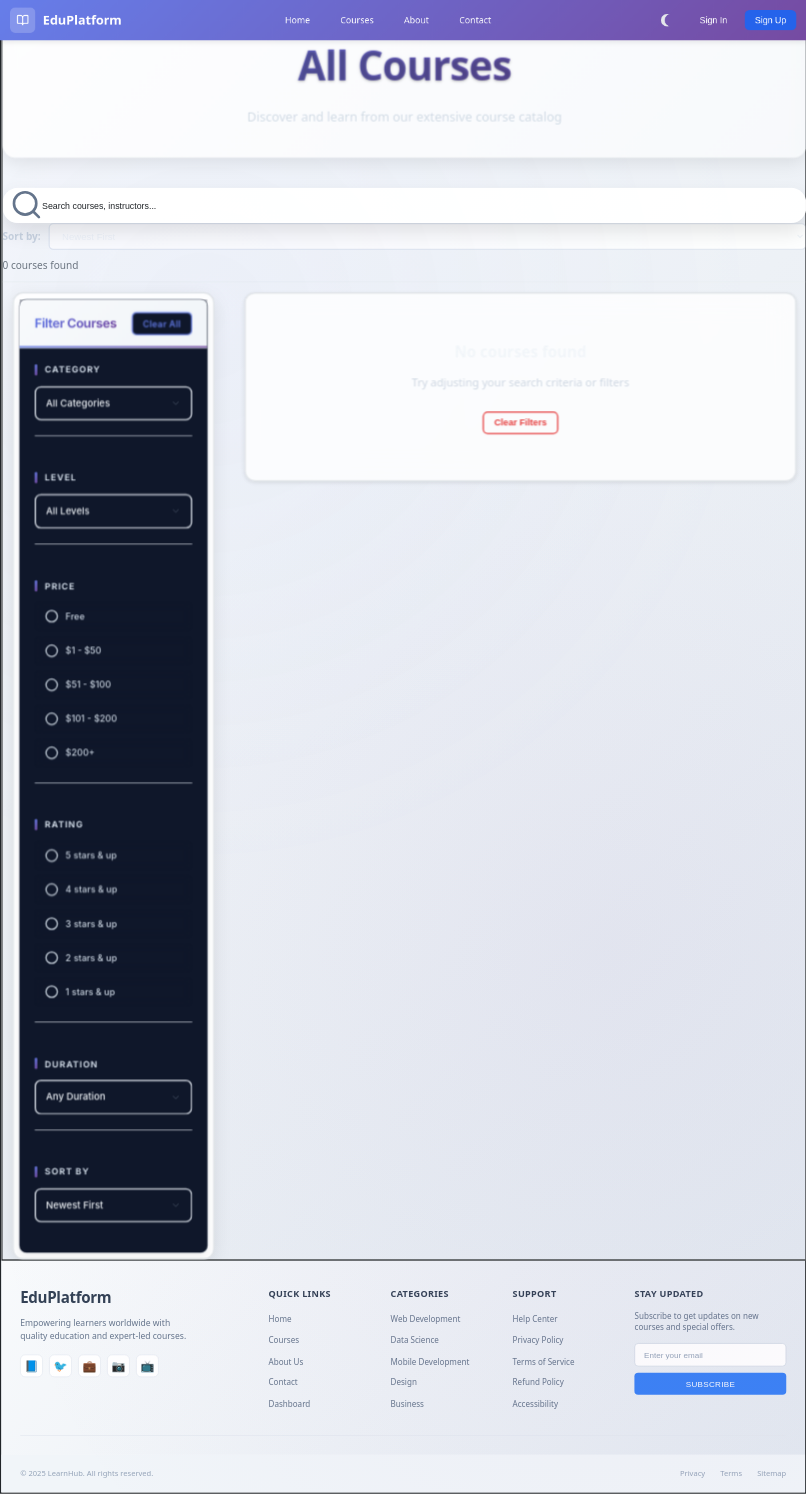
Repository: usama2132/E-Learning
Page: /#/courses (app in client/)
An editor plug-in stored every save of this project. The page is shown before and after the next save, followed by the edit.
The browser window is 1280 px wide. The pictures show the whole page, at 63% of full size.
The page's requests for data from a server got no answer. The project was rebuilt for these pictures with package versions that can differ from the ones it lists, and the page was loaded fresh each time. No one was signed in, and anything a server would have sent is missing. Also part of the build but not shown: client/craco.config.js, client/src/components/common/Sidebar.js, client/src/layouts/DashboardLayout.js, client/src/styles/components/Loading.css, client/src/components/common/Loading.js, client/src/components/common/ProtectedRoute.js, client/src/styles/components/ErrorBoundary.css, client/src/components/common/ErrorBoundary.js and 95 more.

Above is the page before, as saved 2025-09-01 06:21:50.

### client/src/pages/Courses.js
import React, { useState, useEffect, useCallback, useRef } from 'react';
import { useCourse } from '../context/CourseContext';
import { useAuth } from '../hooks/useAuth';
import { useTheme } from '../context/ThemeContext';
import CourseCard from '../components/student/CourseCard';
import CourseFilters from '../components/common/CourseFilters';
import Pagination from '../components/common/Pagination';
import Loading from '../components/common/Loading';
import '../styles/pages/Courses.css';

const Courses = () => {
  const { user } = useAuth();
  const {
    courses,
    pagination,
    categories,
    isLoading,
    error,
    fetchCourses,
    fetchCategories,
    clearError
  } = useCourse();

  const { isDarkMode, actualTheme } = useTheme();

  const [filters, setFilters] = useState({
    category: '',
    level: '',
    rating: '',
    priceRange: { min: 0, max: 1000 },
    search: ''
  });

  const [sortBy, setSortBy] = useState('newest');
  const [currentPage, setCurrentPage] = useState(1);

  // Control refs to prevent infinite loops
  const hasInitialized = useRef(false);
  const lastFetchParams = useRef(null);
  const fetchTimeoutRef = useRef(null);

  // Stable function to fetch courses with duplicate prevention
  const fetchCoursesWithParams = useCallback((params) => {
    const paramsKey = JSON.stringify(params);

    // Prevent duplicate calls with same parameters
    if (lastFetchParams.current === paramsKey) {
      console.log('Preventing duplicate fetch call');
      return;
    }

    lastFetchParams.current = paramsKey;

    // Clear any pending fetch
    if (fetchTimeoutRef.current) {
      clearTimeout(fetchTimeoutRef.current);
    }

    // Debounce API calls
    fetchTimeoutRef.current = setTimeout(() => {
      console.log('Fetching courses with params:', params);
      fetchCourses(params);
    }, 300);
  }, [fetchCourses]);

  // Initial load only once
  useEffect(() => {
    if (hasInitialized.current) {
      return;
    }

    hasInitialized.current = true;
    console.log('Initial load started');

    // Fetch categories first
    fetchCategories();

    // Initial courses fetch
    const initialParams = {
      page: 1,
      limit: 12,
      minPrice: 0,
      maxPrice: 1000,
      sortBy: 'newest'
    };

    fetchCoursesWithParams(initialParams);

    // Cleanup function
    return () => {
      if (fetchTimeoutRef.current) {
        clearTimeout(fetchTimeoutRef.current);
      }
    };
  }, []); // Empty dependency array for one-time initialization

  // Handle filter changes
  const handleFilterChange = useCallback((newFilters) => {
    console.log('Filter change:', newFilters);
    setFilters(newFilters);
    setCurrentPage(1);

    const params = {
      page: 1,
      limit: 12,
      ...(newFilters.search?.trim() && { search: newFilters.search.trim() }),
      ...(newFilters.category && { category: newFilters.category }),
      ...(newFilters.level && { level: newFilters.level }),
      ...(newFilters.rating && { rating: parseFloat(newFilters.rating) }),
      minPrice: newFilters.priceRange?.min || 0,
      maxPrice: newFilters.priceRange?.max || 1000,
      sortBy: sortBy
    };

    fetchCoursesWithParams(params);
  }, [sortBy, fetchCoursesWithParams]);

  const handleSearch = useCallback((searchTerm) => {
    console.log('Search:', searchTerm);
    const newFilters = { ...filters, search: searchTerm };
    handleFilterChange(newFilters);
  }, [filters, handleFilterChange]);

  const handleSortChange = useCallback((sortOption) => {
    console.log('Sort change:', sortOption);
    setSortBy(sortOption);

    const params = {
      page: currentPage,
      limit: 12,
      ...(filters.search?.trim() && { search: filters.search.trim() }),
      ...(filters.category && { category: filters.category }),
      ...(filters.level && { level: filters.level }),
      ...(filters.rating && { rating: parseFloat(filters.rating) }),
      minPrice: filters.priceRange?.min || 0,
      maxPrice: filters.priceRange?.max || 1000,
      sortBy: sortOption
    };

    fetchCoursesWithParams(params);
  }, [currentPage, filters, fetchCoursesWithParams]);

  const handlePageChange = useCallback((page) => {
    console.log('Page change:', page);
    setCurrentPage(page);

    const params = {
      page,
      limit: 12,
      ...(filters.search?.trim() && { search: filters.search.trim() }),
      ...(filters.category && { category: filters.category }),
      ...(filters.level && { level: filters.level }),
      ...(filters.rating && { rating: parseFloat(filters.rating) }),
      minPrice: filters.priceRange?.min || 0,
      maxPrice: filters.priceRange?.max || 1000,
      sortBy: sortBy
    };

    fetchCoursesWithParams(params);
  }, [filters, sortBy, fetchCoursesWithParams]);

  const clearFilters = useCallback(() => {
    console.log('Clearing filters');
    const resetFilters = {
      category: '',
      level: '',
      rating: '',
      priceRange: { min: 0, max: 1000 },
      search: ''
    };

    setFilters(resetFilters);
    setSortBy('newest');
    setCurrentPage(1);

    fetchCoursesWithParams({
      page: 1,
      limit: 12,
      minPrice: 0,
      maxPrice: 1000,
      sortBy: 'newest'
    });
  }, [fetchCoursesWithParams]);

  const retryFetch = useCallback(() => {
    console.log('Retrying fetch...');
    clearError();
    lastFetchParams.current = null; // Reset to allow retry

    const params = {
      page: currentPage,
      limit: 12,
      ...(filters.search?.trim() && { search: filters.search.trim() }),
      ...(filters.category && { category: filters.category }),
      ...(filters.level && { level: filters.level }),
      ...(filters.rating && { rating: parseFloat(filters.rating) }),
      minPrice: filters.priceRange?.min || 0,
      maxPrice: filters.priceRange?.max || 1000,
      sortBy: sortBy
    };

    fetchCoursesWithParams(params);
  }, [clearError, currentPage, filters, sortBy, fetchCoursesWithParams]);

  if (isLoading) return <Loading />;

  if (error) {
    return (
      <div className={`error-container ${actualTheme}`}>
        <h2>Error loading courses</h2>
        <p>{error}</p>
        <button
          onClick={retryFetch}
          className="retry-btn"
        >
          Try Again
        </button>
      </div>
    );
  }

  return (
    <div className={`courses-page ${actualTheme} ${isDarkMode ? 'dark-mode' : 'light-mode'}`}>
      <div className={`courses-header ${isDarkMode ? 'dark' : 'light'}`}>
        <h1>All Courses</h1>
        <p>Discover and learn from our extensive course catalog</p>
      </div>

      {/* Integrated Search and Sort Section */}
      <div className={`search-sort-section ${isDarkMode ? 'dark' : 'light'}`}>
        <div className="search-container">
          <div className="search-input-wrapper">
            <input
              type="text"
              placeholder="Search courses, instructors..."
              value={filters.search || ''}
              onChange={(e) => handleSearch(e.target.value)}
              className={`search-input ${isDarkMode ? 'dark' : 'light'}`}
            />
            <svg className="search-icon" width="20" height="20" viewBox="0 0 24 24" fill="none" xmlns="http://www.w3.org/2000/svg">
              <path d="M21 21L16.514 16.506L21 21ZM19 10.5C19 15.194 15.194 19 10.5 19C5.806 19 2 15.194 2 10.5C2 5.806 5.806 2 10.5 2C15.194 2 19 5.806 19 10.5Z" stroke="currentColor" strokeWidth="2" strokeLinecap="round" strokeLinejoin="round"/>
            </svg>
          </div>
        </div>

        <div className="sort-results-container">
          <div className="sort-container">
            <label htmlFor="sort-select">Sort by:</label>
            <select
              id="sort-select"
              value={sortBy}
              onChange={(e) => handleSortChange(e.target.value)}
              className={`sort-select ${isDarkMode ? 'dark' : 'light'}`}
            >
              <option value="newest">Newest First</option>
              <option value="oldest">Oldest First</option>
              <option value="price-low">Price: Low to High</option>
              <option value="price-high">Price: High to Low</option>
              <option value="rating">Highest Rated</option>
              <option value="popular">Most Popular</option>
            </select>
          </div>

          <div className="results-info">
            <span>{pagination?.totalCourses || courses?.length || 0} courses found</span>
            {(filters.search || filters.category || filters.level || filters.rating) && (
              <button
                onClick={clearFilters}
                className={`clear-filters-btn ${isDarkMode ? 'dark' : 'light'}`}
              >
                Clear All Filters
              </button>
            )}
          </div>
        </div>
      </div>

      <div className="courses-content">
        <aside className={`filters-sidebar ${actualTheme} ${isDarkMode ? 'dark' : 'light'}`}>
          <CourseFilters
            filters={filters}
            onFilterChange={handleFilterChange}
            categories={categories}
          />
        </aside>

        <main className="courses-grid-container">
          {courses && courses.length > 0 ? (
            <>
              <div className="courses-grid">
                {courses.map(course => (
                  <CourseCard
                    key={course._id}
                    course={course}
                    showInstructor={true}
                  />
                ))}
              </div>

              {pagination && pagination.totalPages > 1 && (
                <Pagination
                  currentPage={pagination.currentPage}
                  totalPages={pagination.totalPages}
                  onPageChange={handlePageChange}
                />
              )}
            </>
          ) : (
            <div className={`no-courses ${actualTheme} ${isDarkMode ? 'dark' : 'light'}`}>
              <h3>No courses found</h3>
              <p>Try adjusting your search criteria or filters</p>
              <button
                onClick={clearFilters}
                className={`clear-filters-btn ${isDarkMode ? 'dark' : 'light'}`}
              >
                Clear Filters
              </button>
            </div>
          )}
        </main>
      </div>
    </div>
  );
};

export default Courses;

### client/src/styles/components/ScrollToTop.css
/* Scroll to top button styles */
.scroll-to-top {
  position: fixed;
  bottom: 30px;
  right: 30px;
  width: 50px;
  height: 50px;
  background: linear-gradient(135deg, #667eea, #764ba2);
  color: white;
  border: none;
  border-radius: 50%;
  cursor: pointer;
  display: flex;
  align-items: center;
  justify-content: center;
  font-size: 1.25rem;
  box-shadow: 0 4px 20px rgba(0, 0, 0, 0.15);
  transition: all 0.3s ease;
  z-index: 9999;
  opacity: 0;
  visibility: hidden;
  transform: translateY(20px);
}

.scroll-to-top.visible {
  opacity: 1;
  visibility: visible;
  transform: translateY(0);
}

.scroll-to-top:hover {
  transform: translateY(-3px);
  box-shadow: 0 8px 25px rgba(0, 0, 0, 0.2);
  background: linear-gradient(135deg, #5a67d8, #553c9a);
}

.scroll-to-top:active {
  transform: translateY(-1px);
}

.scroll-to-top:focus {
  outline: none;
  box-shadow: 0 0 0 3px rgba(102, 126, 234, 0.3);
}

/* Pulse animation for attention */
.scroll-to-top.pulse {
  animation: scrollButtonPulse 2s ease-in-out infinite;
}

@keyframes scrollButtonPulse {
  0% {
    box-shadow: 0 4px 20px rgba(0, 0, 0, 0.15), 0 0 0 0 rgba(102, 126, 234, 0.4);
  }
  50% {
    box-shadow: 0 4px 20px rgba(0, 0, 0, 0.15), 0 0 0 10px rgba(102, 126, 234, 0);
  }
  100% {
    box-shadow: 0 4px 20px rgba(0, 0, 0, 0.15), 0 0 0 0 rgba(102, 126, 234, 0);
  }
}

/* Responsive adjustments */
@media (max-width: 768px) {
  .scroll-to-top {
    bottom: 20px;
    right: 20px;
    width: 45px;
    height: 45px;
    font-size: 1.1rem;
  }
}

@media (max-width: 480px) {
  .scroll-to-top {
    bottom: 15px;
    right: 15px;
    width: 40px;
    height: 40px;
    font-size: 1rem;
  }
}

/* Hide on video pages to avoid interference */
.route-video-lecture .scroll-to-top {
  display: none;
}

/* Adjust positioning for auth pages */
.route-login .scroll-to-top,
.route-register .scroll-to-top,
.route-forgot-password .scroll-to-top,
.route-reset-password .scroll-to-top {
  bottom: 40px;
  right: 40px;
}

Loaded but not shown: client/public/index.html (common file); client/src/reportWebVitals.js (common file); client/src/components/common/Navbar.js (1102 lines, source omitted); client/src/App.js (784 lines, source omitted); client/src/utils/api.js (663 lines, source omitted); client/src/context/CourseContext.js (560 lines, source omitted); client/src/utils/mockApi.js (684 lines, source omitted); client/src/context/AuthContext.js (624 lines, source omitted); client/src/context/PaymentContext.js (483 lines, source omitted); client/src/utils/storage.js (450 lines, source omitted); client/src/context/ThemeContext.js (417 lines, source omitted); client/src/utils/stripe.js (405 lines, source omitted); client/src/hooks/useAuth.js (418 lines, source omitted); client/src/utils/config.js (351 lines, source omitted); client/src/context/NotificationContext.js (345 lines, source omitted); client/src/context/ProgressContext.js (354 lines, source omitted); client/src/utils/auth.js (365 lines, source omitted); client/src/components/common/SearchBar.js (214 lines, source omitted); client/src/components/common/CourseFilters.js (181 lines, source omitted); client/src/components/common/Footer.js (116 lines, source omitted); client/src/hooks/useDebounce.js (75 lines, source omitted); client/src/index.js (58 lines, source omitted); client/src/components/common/ScrollToTop.js (60 lines, source omitted); client/src/index.css (1445 lines, source omitted); client/src/styles/dashboards/CheckoutForm.css (987 lines, source omitted); client/src/styles/dashboards/StudentsList.css (1003 lines, source omitted); client/src/styles/pages/Login.css (739 lines, source omitted); client/src/styles/pages/Home.css (828 lines, source omitted); client/src/styles/components/CourseFilters.css (663 lines, source omitted); client/src/styles/pages/Register.css (664 lines, source omitted); client/src/styles/dashboards/InstructorDashboard.css (493 lines, source omitted); client/src/styles/pages/Courses.css (499 lines, source omitted); client/src/styles/components/Footer.css (364 lines, source omitted); client/src/styles/dashboards/MyLearning.css (284 lines, source omitted); client/src/styles/components/SearchBar.css (350 lines, source omitted)

After the next save:
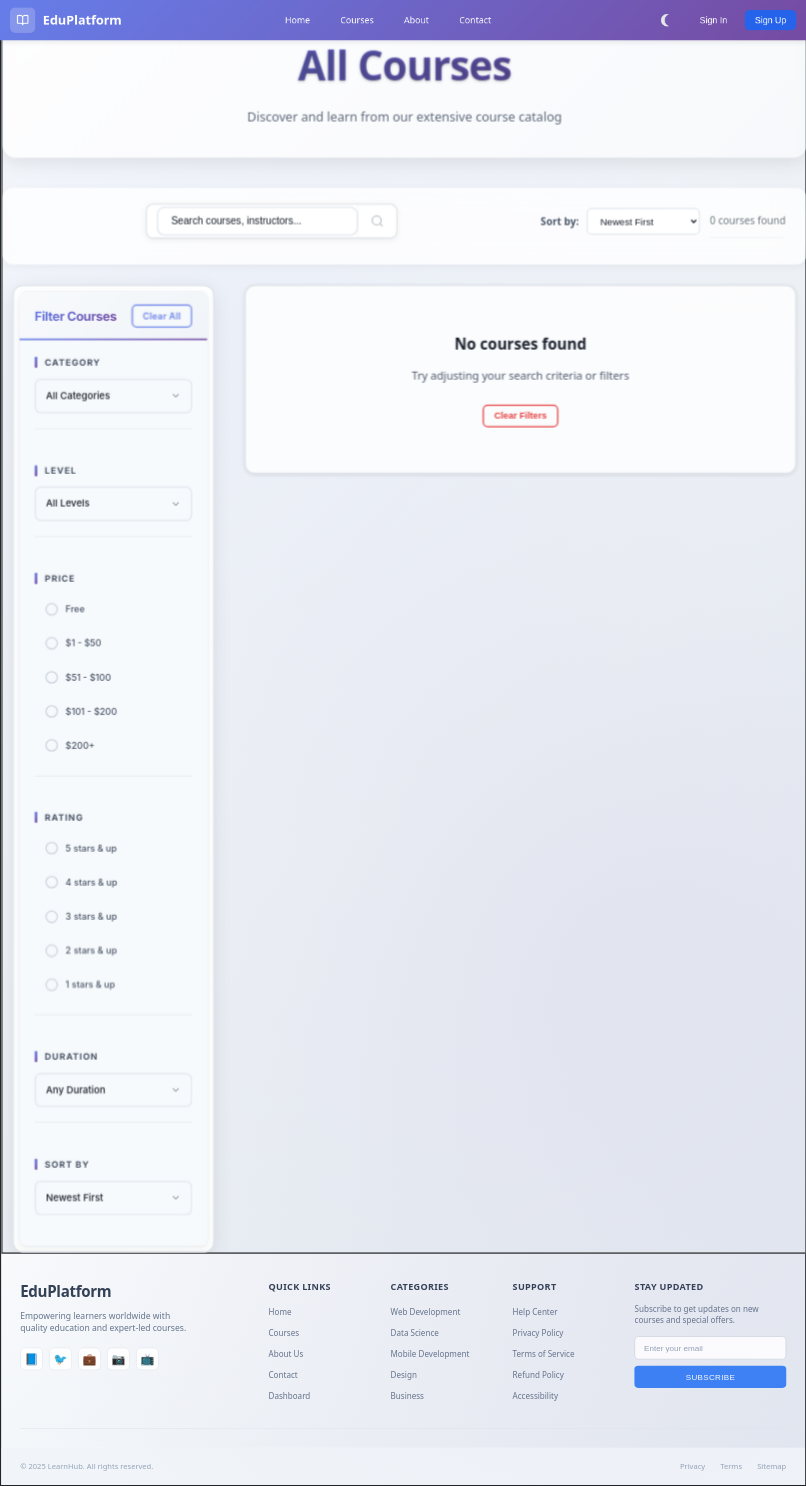
Saved 11 s later.
--- a/client/src/pages/Courses.js
+++ b/client/src/pages/Courses.js
@@ -4,6 +4,7 @@ import { useAuth } from '../hooks/useAuth';
 import { useTheme } from '../context/ThemeContext';
 import CourseCard from '../components/student/CourseCard';
 import CourseFilters from '../components/common/CourseFilters';
+import SearchBar from '../components/common/SearchBar';
 import Pagination from '../components/common/Pagination';
 import Loading from '../components/common/Loading';
 import '../styles/pages/Courses.css';
@@ -220,37 +221,26 @@ const Courses = () => {
   }
 
   return (
-    <div className={`courses-page ${actualTheme} ${isDarkMode ? 'dark-mode' : 'light-mode'}`}>
-      <div className={`courses-header ${isDarkMode ? 'dark' : 'light'}`}>
+    <div className={`courses-page ${actualTheme} ${isDarkMode() ? 'dark-mode' : 'light-mode'}`}>
+      <div className="courses-header">
         <h1>All Courses</h1>
         <p>Discover and learn from our extensive course catalog</p>
       </div>
 
-      {/* Integrated Search and Sort Section */}
-      <div className={`search-sort-section ${isDarkMode ? 'dark' : 'light'}`}>
-        <div className="search-container">
-          <div className="search-input-wrapper">
-            <input
-              type="text"
-              placeholder="Search courses, instructors..."
-              value={filters.search || ''}
-              onChange={(e) => handleSearch(e.target.value)}
-              className={`search-input ${isDarkMode ? 'dark' : 'light'}`}
-            />
-            <svg className="search-icon" width="20" height="20" viewBox="0 0 24 24" fill="none" xmlns="http://www.w3.org/2000/svg">
-              <path d="M21 21L16.514 16.506L21 21ZM19 10.5C19 15.194 15.194 19 10.5 19C5.806 19 2 15.194 2 10.5C2 5.806 5.806 2 10.5 2C15.194 2 19 5.806 19 10.5Z" stroke="currentColor" strokeWidth="2" strokeLinecap="round" strokeLinejoin="round"/>
-            </svg>
-          </div>
-        </div>
-
-        <div className="sort-results-container">
+      <div className="courses-controls">
+        <div className="search-sort-container">
+          <SearchBar
+            onSearch={handleSearch}
+            placeholder="Search courses, instructors..."
+            value={filters.search || ''}
+          />
           <div className="sort-container">
             <label htmlFor="sort-select">Sort by:</label>
             <select
               id="sort-select"
               value={sortBy}
               onChange={(e) => handleSortChange(e.target.value)}
-              className={`sort-select ${isDarkMode ? 'dark' : 'light'}`}
+              className={isDarkMode() ? 'dark' : 'light'}
             >
               <option value="newest">Newest First</option>
               <option value="oldest">Oldest First</option>
@@ -260,23 +250,23 @@ const Courses = () => {
               <option value="popular">Most Popular</option>
             </select>
           </div>
-
-          <div className="results-info">
-            <span>{pagination?.totalCourses || courses?.length || 0} courses found</span>
-            {(filters.search || filters.category || filters.level || filters.rating) && (
-              <button
-                onClick={clearFilters}
-                className={`clear-filters-btn ${isDarkMode ? 'dark' : 'light'}`}
-              >
-                Clear All Filters
-              </button>
-            )}
-          </div>
+        </div>
+
+        <div className="results-info">
+          <span>{pagination?.totalCourses || courses?.length || 0} courses found</span>
+          {(filters.search || filters.category || filters.level || filters.rating) && (
+            <button
+              onClick={clearFilters}
+              className={`clear-filters-btn ${isDarkMode() ? 'dark' : 'light'}`}
+            >
+              Clear All Filters
+            </button>
+          )}
         </div>
       </div>
 
       <div className="courses-content">
-        <aside className={`filters-sidebar ${actualTheme} ${isDarkMode ? 'dark' : 'light'}`}>
+        <aside className={`filters-sidebar ${actualTheme}`}>
           <CourseFilters
             filters={filters}
             onFilterChange={handleFilterChange}
@@ -306,12 +296,12 @@ const Courses = () => {
               )}
             </>
           ) : (
-            <div className={`no-courses ${actualTheme} ${isDarkMode ? 'dark' : 'light'}`}>
+            <div className={`no-courses ${actualTheme}`}>
               <h3>No courses found</h3>
               <p>Try adjusting your search criteria or filters</p>
               <button
                 onClick={clearFilters}
-                className={`clear-filters-btn ${isDarkMode ? 'dark' : 'light'}`}
+                className={`clear-filters-btn ${isDarkMode() ? 'dark' : 'light'}`}
               >
                 Clear Filters
               </button>
